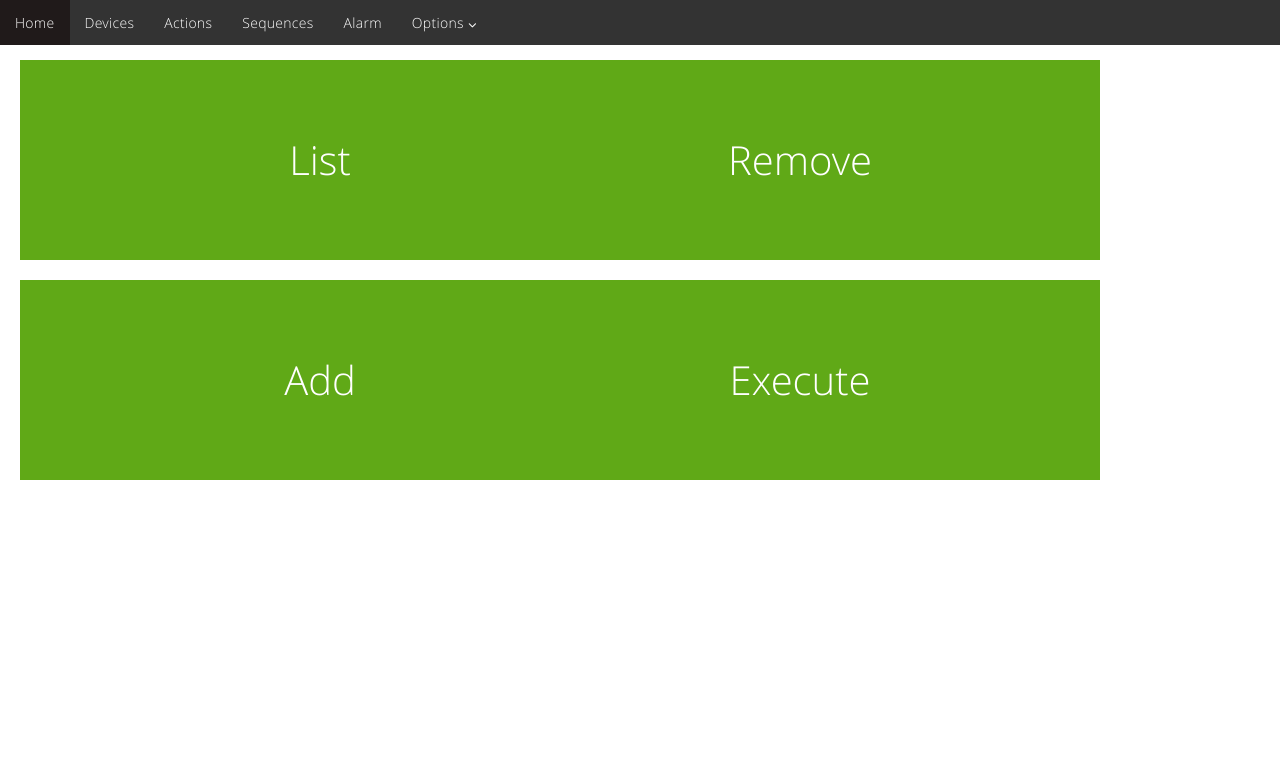
Repository: Pietvergiet/RPiProject
Page: http://localhost/RPi/Action
The author's editor kept a copy of each file at every save. The page is drawn from the files as they stood at one save, then again after the next save.
The browser window is 1280 px wide. The pictures show the whole page.
The page is served by Tomcat 9.

Above is the page before, as saved 2014-10-27 13:25:28.

After the next save:
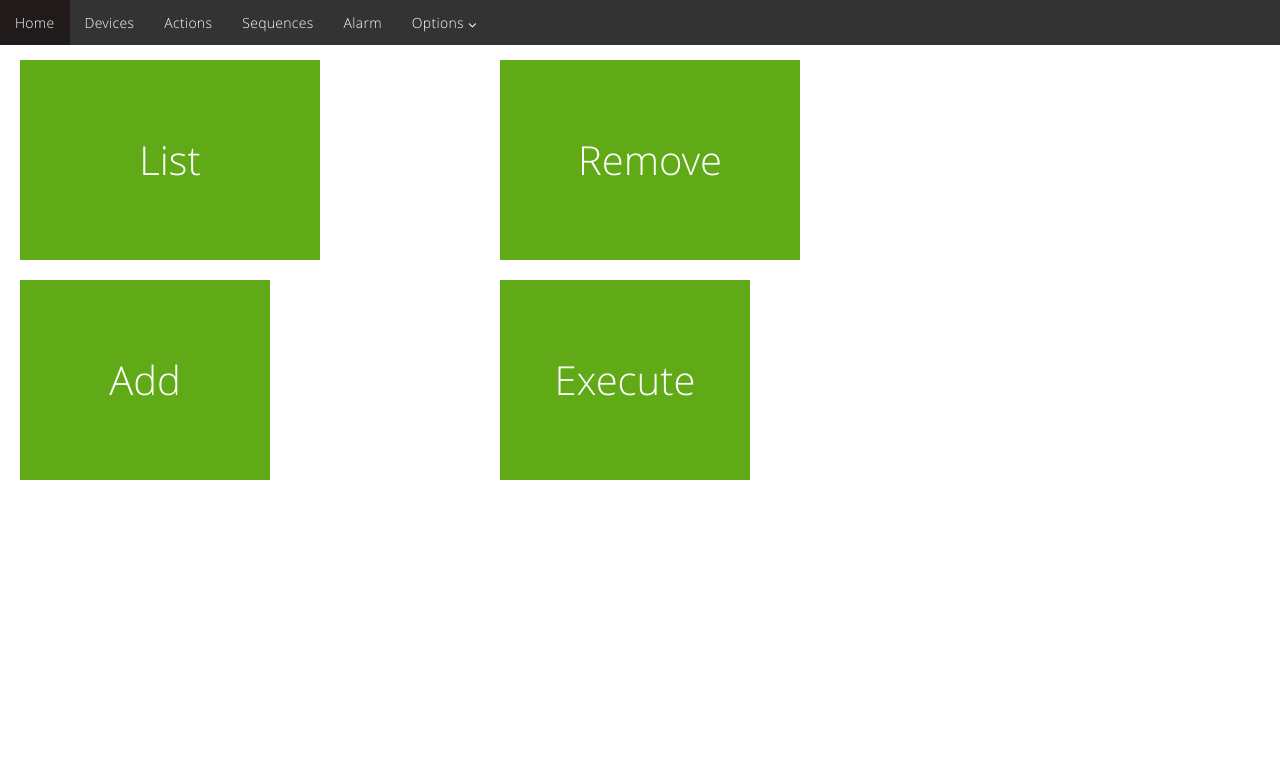
Saved 31 s later.
--- a/RPi/src/main/webapp/Action.jsp
+++ b/RPi/src/main/webapp/Action.jsp
@@ -42,12 +42,12 @@
 
 		<form method="post" action="doAction">
 			<div class="row" >
-				<div class="span6"><input name="button" class="bg-green bg-hover-lime fg-white" type="submit" value="List" style="font-size:40px; height:200px; width:600px;"></div>
-				<div class="span6"><input name="button" class="bg-green bg-hover-lime fg-white" type="submit" value="Remove" style="font-size:40px; height:200px; width:600px;"></div>
+				<div class="span6"><input name="button" class="bg-green bg-hover-lime fg-white" type="submit" value="List" style="font-size:40px; height:200px; width:300px;"></div>
+				<div class="span6"><input name="button" class="bg-green bg-hover-lime fg-white" type="submit" value="Remove" style="font-size:40px; height:200px; width:300px;"></div>
 			</div>
 			<div class="row">
-				<div class="span6"><input name="button" class="bg-green bg-hover-lime fg-white" type="submit" value="Add" style="font-size:40px; height:200px; width:600px;"></div>
-				<div class="span6"><input name="button" class="bg-green bg-hover-lime fg-white" type="submit" value="Execute" style="font-size:40px; height:200px; width:600px;"></div>
+				<div class="span6"><input name="button" class="bg-green bg-hover-lime fg-white" type="submit" value="Add" style="font-size:40px; height:200px; width:250px;"></div>
+				<div class="span6"><input name="button" class="bg-green bg-hover-lime fg-white" type="submit" value="Execute" style="font-size:40px; height:200px; width:250px;"></div>
 			</div>
 		</form>
 
